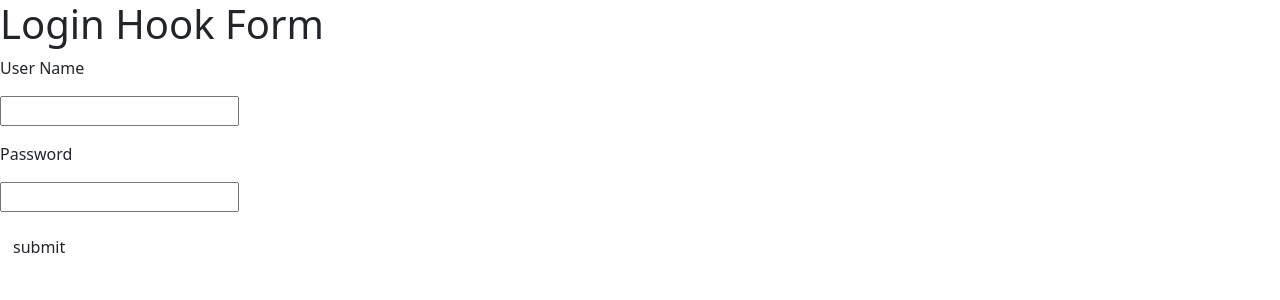
Repository: wenxi0504/storesystem
Page: /loginhook
An editor plug-in stored every save of this project. The page is shown before and after the next save, followed by the edit.
The browser window is 1280 px wide. The pictures show the whole page.
The project was rebuilt for these pictures with package versions that can differ from the ones it lists, and the page was loaded fresh each time. Also part of the build but not shown: src/pages/login/login.css, src/pages/login/login.jsx, src/pages/admin/admin.jsx.

Above is the page before, as saved 2022-03-23 00:20:56.

After the next save:
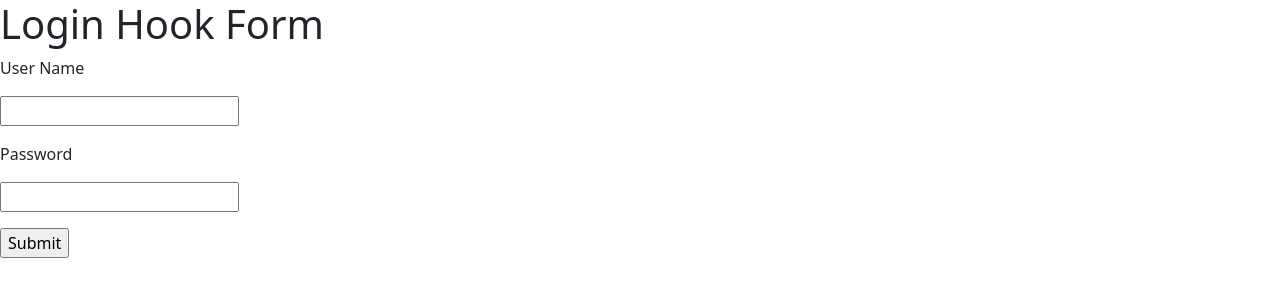
Saved 27 s later.
--- a/src/pages/loginHookForm/loginHookForm.jsx
+++ b/src/pages/loginHookForm/loginHookForm.jsx
@@ -57,9 +57,7 @@ export default function LoginHookForm() {
             <p>{errors.password?.message}</p>
           </div>
 
-      <button className="btn" type="submit">
-        submit
-      </button>
+          <input type="submit" />
     </form>
   </div>
 
